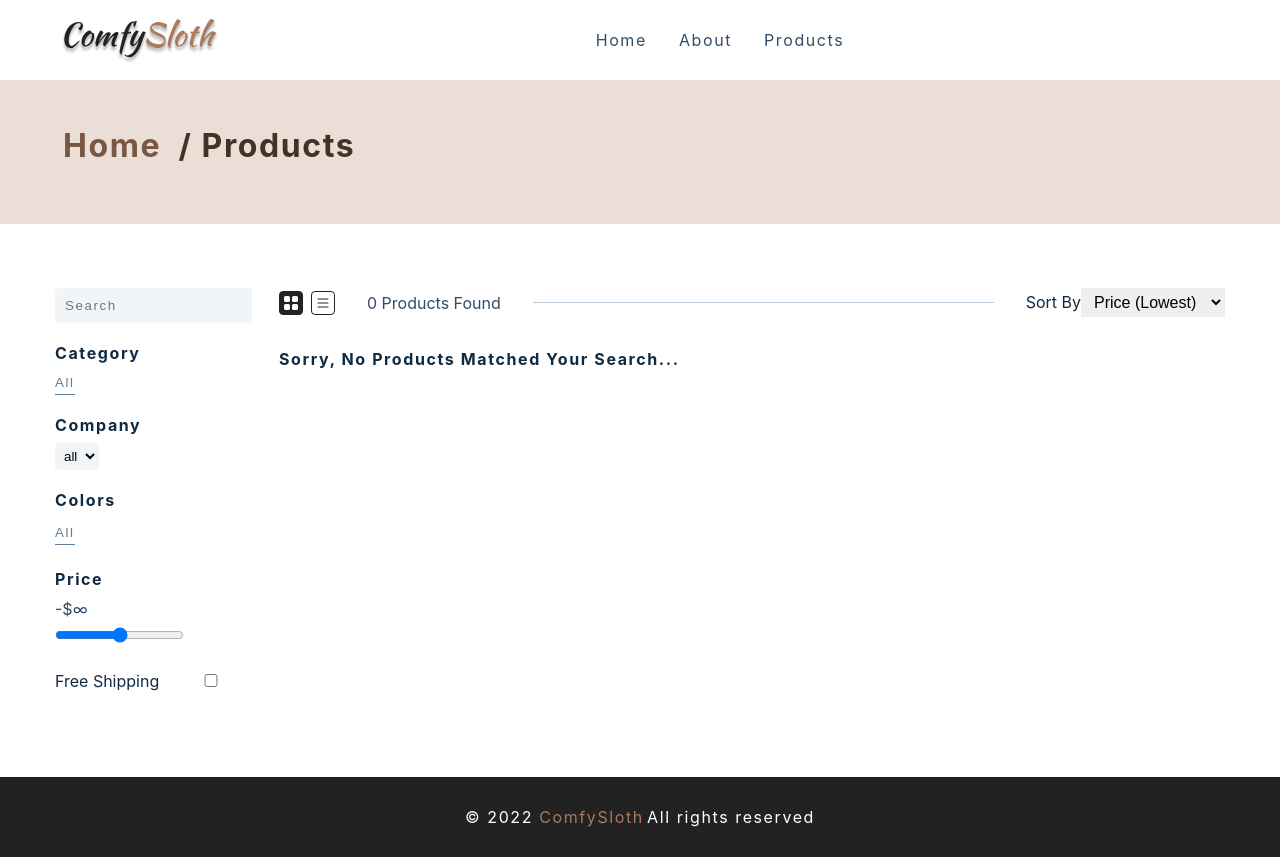
Repository: MateuszWorek/react-comfy-store
Page: /products
The author's editor kept a copy of each file at every save. The page is drawn from the files as they stood at one save, then again after the next save.
The browser window is 1280 px wide. The pictures show the whole page.
The page's requests for data from a server got no answer. The project was rebuilt for these pictures with package versions that can differ from the ones it lists, and the page was loaded fresh each time. A package was used in the major version that the imports need, not the one package.json lists. No one was signed in, and anything a server would have sent is missing. Also part of the build but not shown: src/components/Error.js, src/components/Loading.js, src/components/Product.js, src/components/FeaturedProducts.js, src/reducers/cart_reducer.js, src/context/cart_context.js, src/context/user_context.js, src/components/Hero.js and 19 more. Imported but missing from the stored project, and not drawn on this page: src/components/AmountButtons.

Above is the page before, as saved 2022-07-18 10:20:48.

After the next save:
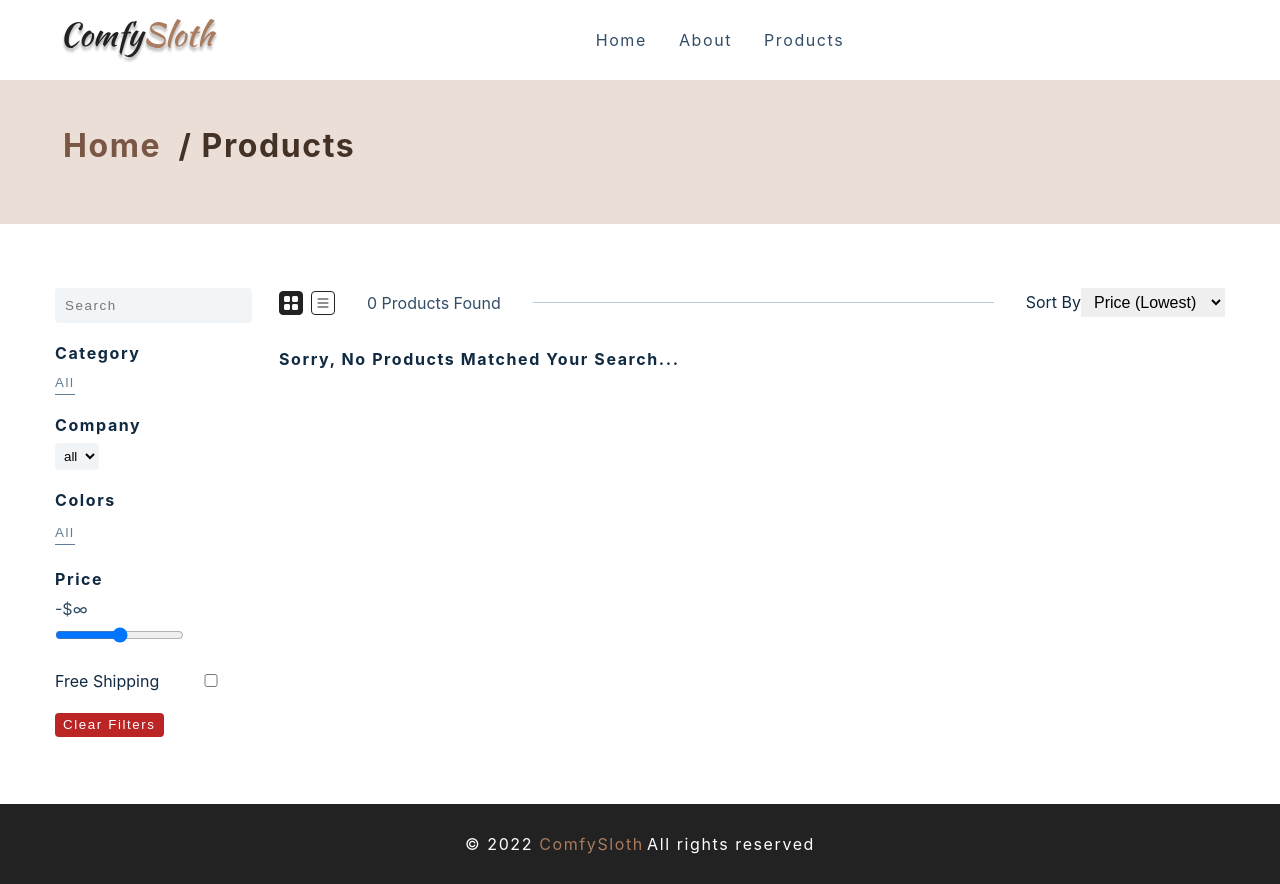
Saved 87 s later.
--- a/src/components/Filters.js
+++ b/src/components/Filters.js
@@ -150,6 +150,10 @@ const Filters = () => {
           </div>
           {/* end of shipping */}
         </form>
+        <button type='button' className='clear-btn' onClick={clearFilters}>
+          {' '}
+          clear filters
+        </button>
       </div>
     </Wrapper>
   );
